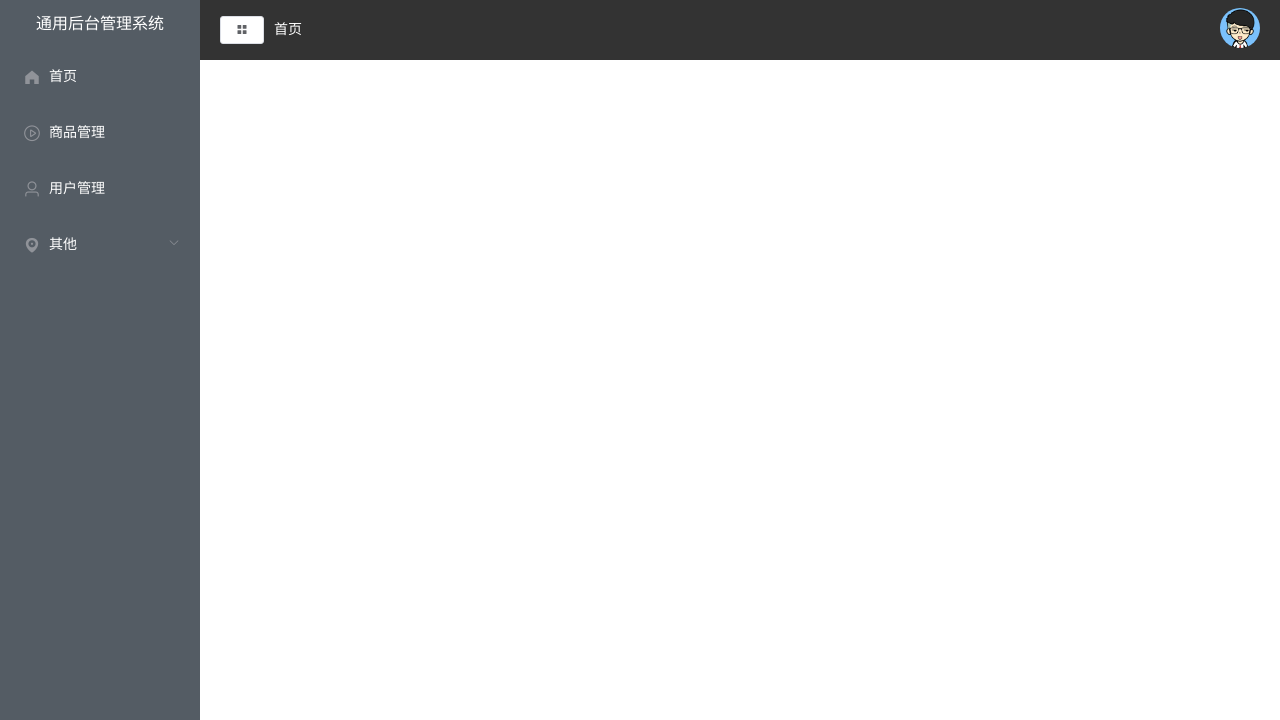
Repository: Francis200214/my-app
Page: /
These files come from the project's save history. The page is drawn as it stood at one moment and after a run of saves; the edit follows.
The browser window is 1280 px wide. The pictures show the whole page.
The project was rebuilt for these pictures with package versions that can differ from the ones it lists, and the page was loaded fresh each time. Also part of the build but not shown: vue.config.js, src/views/User.vue, src/views/Mall.vue, src/views/other/PageOne.vue, src/views/other/PageTwo.vue.

Above is the page before, as saved 2023-05-21 15:26:53.

### src/main.js
import Vue from 'vue'
import App from './App.vue'
import ElementUI from 'element-ui'

// ElementUI 按需引入
// import { Button,Row } from 'element-ui'


import 'element-ui/lib/theme-chalk/index.css'
// Vue-Router
import router from './router'
// Vuex
import store from './store'


Vue.config.productionTip = false

// 全局引入Element UI
Vue.use(ElementUI);


// 按需引入Element UI
// Vue.use(Row);
// Vue.use(Button);


new Vue({
  router,
  store,
  render: h => h(App),
}).$mount('#app')

### src/App.vue
<template>
  <div id="app">
    <router-view></router-view>
  </div>
</template>

<style lang="less">
  html,body,h3 {
    margin: 0;
    padding: 0;
  }
</style>

<script>

export default {
  name: 'App'
}
</script>

### src/router/index.js
import Vue from 'vue'
import VueRouter from 'vue-router'

// 1、引入组件
import Main from '../views/Main.vue'
import Home from '../views/Home.vue'
import User from '../views/User.vue'
import Mall from '../views/Mall.vue'
import PageOne from '../views/other/PageOne.vue'
import PageTwo from '../views/other/PageTwo.vue'

// 引入Vue-Router
Vue.use(VueRouter);

// 2、路由与组件映射
const routes = [
    {
        path: '/',
        component: Main,
        // redirect 表示重定向，当路径是 / 的时候就重定向某个路由
        redirect: '/home',
        children: [
            { path: 'home', component: Home }, // 首页
            { path: 'user', component: User }, // 用户管理
            { path: 'mall', component: Mall }, // 商品管理
            { path: 'page1', component: PageOne }, // 页面一
            { path: 'page2', component: PageTwo }, // 页面二
        ]
    }

]

// 3、创建Router实例
const router = new VueRouter({
    routes // (缩写) 相当于 routes: routes
})

// 4、将 router 暴露
export default router

### src/store/index.js
import Vue from 'vue'
import Vuex from 'vuex'
import tab from './tab'

Vue.use(Vuex)


// 创建 Vuex 的实例
// 对外暴露
export default new Vuex.Store({
    modules: {
        tab
    }
})

### src/views/Main.vue
<template>
    <div>
        <el-container>
            <el-aside width="auto">
                <common-aside />
            </el-aside>
            <el-container>
                <el-header>
                    <common-header />
                </el-header>
                <el-main>
                    <router-view></router-view>
                </el-main>
            </el-container>
        </el-container>
    </div>
</template>
<style lang="less" scoped>
.el-header {
    padding: 0;
}
</style>
<script>
import CommonAside from '../components/CommonAside.vue'
import CommonHeader from '../components/CommonHeader.vue'


export default {
    data() {
        return {}
    },
    components: {
        CommonAside,
        CommonHeader
    }
}
</script>

### src/views/Home.vue
<template>
    <el-row>
        <el-col :span="8">
            <div class="grid-content bg-purple"></div>
        </el-col>
        <el-col :span="16">
            <div class="grid-content bg-purple-light"></div>
        </el-col>
    </el-row>
</template>
<script>
export default {
    data() {
        return {}
    }
}
</script>

### src/store/tab.js
export default {
    state: {
        isCollapse: false // 用于控制菜单的展开或收起
    },
    mutations: {
        // 修改菜单展开或者收起的方法
        collapseMenu(state) {
            state.isCollapse = !state.isCollapse
        }
    }
}

### src/components/CommonAside.vue
<template>
    <div>
        <el-menu default-active="1-4-1" class="el-menu-vertical-demo" @open="handleOpen" @close="handleClose"
            :collapse="isCollapse" background-color="#545c64" text-color="#fff" active-text-color="#ffd04b">

            <h3>{{ isCollapse ? '后台' : '通用后台管理系统' }}</h3>

            <el-menu-item @click="clickMenu(item)" v-for="item in noChildren" :key="item.name" :index="item.name">
                <i :class="`el-icon-${item.icon}`"></i>
                <span slot="title">{{ item.label }}</span>
            </el-menu-item>

            <el-submenu v-for="item in hasChildren" :key="item.label" :index="item.label">
                <template slot="title">
                    <i :class="`el-icon-${item.icon}`"></i>
                    <span slot="title">{{ item.label }}</span>
                </template>
                <el-menu-item-group v-for="subItem in item.children" :key="subItem.path">
                    <el-menu-item @click="clickMenu(subItem)" :index="subItem.path">{{ subItem.label }}</el-menu-item>
                </el-menu-item-group>
            </el-submenu>
        </el-menu>
    </div>
</template>

<style lang="less" scope>
.el-menu-vertical-demo:not(.el-menu--collapse) {
    width: 200px;
    min-height: 400px;
}

.el-menu {
    height: 100vh;
    border-right: none;

    h3 {
        color: #fff;
        text-align: center;
        line-height: 48px;
        font-size: 16px;
        // 字体粗细
        font-weight: 400;
    }
}
</style>

<script>
export default {
    data() {
        return {
            menuData: [
                {
                    path: '/',
                    name: 'home',
                    label: '首页',
                    icon: 's-home',
                    url: 'Home/Home'
                },
                {
                    path: '/mall',
                    name: 'mall',
                    label: '商品管理',
                    icon: 'video-play',
                    url: 'MallManage/MallManage'
                },
                {
                    path: '/user',
                    name: 'user',
                    label: '用户管理',
                    icon: 'user',
                    url: 'UserManage/UserManage'
                },
                {
                    label: '其他',
                    icon: 'location',
                    children: [
                        {
                            path: '/page1',
                            name: 'page1',
                            label: '页面1',
                            icon: 'setting',
                            url: 'Other/PageOne'
                        },
                        {
                            path: '/page2',
                            name: 'page2',
                            label: '页面2',
                            icon: 'setting',
                            url: 'Other/PageTwo'
                        }
                    ]
                }
            ]
        };
    },
    methods: {
        handleOpen(key, keyPath) {
            console.log(key, keyPath);
        },
        handleClose(key, keyPath) {
            console.log(key, keyPath);
        },
        // 点击菜单
        clickMenu(item) {
            console.log(item)
            // 当页面的路由与我要跳转的路由不一致的时候才允许跳转
            if (this.$route.path !== item.path && !(this.$route.path === '/home' && (item.path === '/'))) {
                // 这里的this代表vue实例
                this.$router.push(item.path)
            }
        }
    },
    computed: {
        // 没有子菜单
        noChildren() {
            return this.menuData.filter(item => !item.children)
        },
        // 有子菜单
        hasChildren() {
            return this.menuData.filter(item => item.children)
        },
        isCollapse() {
            return this.$store.state.tab.isCollapse
        }
    }
}
</script>

### src/components/CommonHeader.vue
<template>
    <div class="header-container">
        <div class="l-content">
            <el-button @click="handleMenu" icon="el-icon-menu" size="mini"></el-button>
            <!-- 面包屑 -->
            <span class="text">首页</span>
        </div>
        <div class="r-content">
            <el-dropdown>
                <span class="el-dropdown-link">
                    <img class="user" src="../assets/images/user.png" alt="">
                </span>
                <el-dropdown-menu slot="dropdown">
                    <el-dropdown-item>个人中心</el-dropdown-item>
                    <el-dropdown-item>退出</el-dropdown-item>
                </el-dropdown-menu>
            </el-dropdown>
        </div>
    </div>
</template>
<style lang="less" scoped>
.header-container {
    padding: 0px 20px;
    background-color: #333;
    height: 60px;
    display: flex;
    // 将元素放到元素主轴的两端
    justify-content: space-between;
    align-items: center;

    .text {
        color: #fff;
        font-size: 14px;
        margin-left: 10px;
    }

    .r-content {
        .user {
            width: 40px;
            height: 40px;
            border-radius: 50%;
        }
    }
}
</style>
<script>
export default {
    data() {
        return {}
    },
    methods: {
        handleMenu() {
            this.$store.commit('collapseMenu')
        }
    }
}
</script>

Loaded but not shown: public/index.html (common file)

After the next 2 saves:
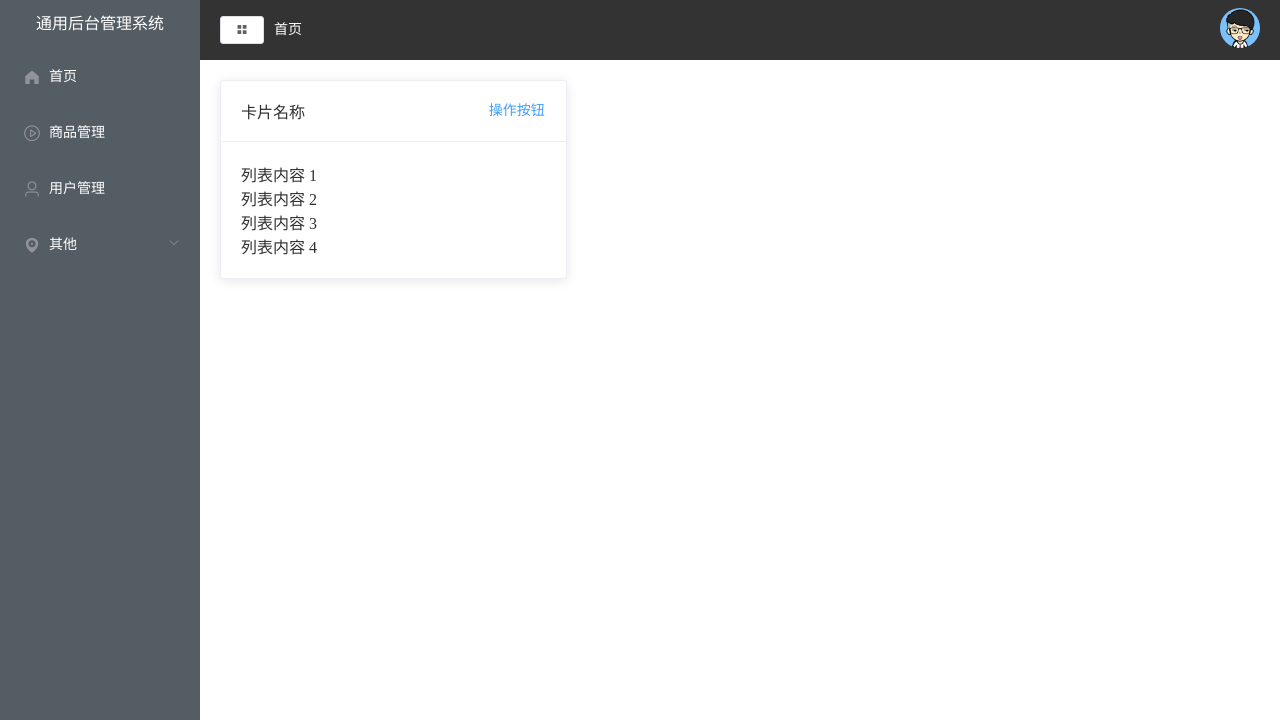
The 2 saves are shown as one change because they came seconds apart.
The last was saved 72 s later.
--- a/src/views/Home.vue
+++ b/src/views/Home.vue
@@ -1,7 +1,15 @@
 <template>
     <el-row>
         <el-col :span="8">
-            <div class="grid-content bg-purple"></div>
+            <el-card class="box-card">
+                <div slot="header" class="clearfix">
+                    <span>卡片名称</span>
+                    <el-button style="float: right; padding: 3px 0" type="text">操作按钮</el-button>
+                </div>
+                <div v-for="o in 4" :key="o" class="text item">
+                    {{ '列表内容 ' + o }}
+                </div>
+            </el-card>
         </el-col>
         <el-col :span="16">
             <div class="grid-content bg-purple-light"></div>
